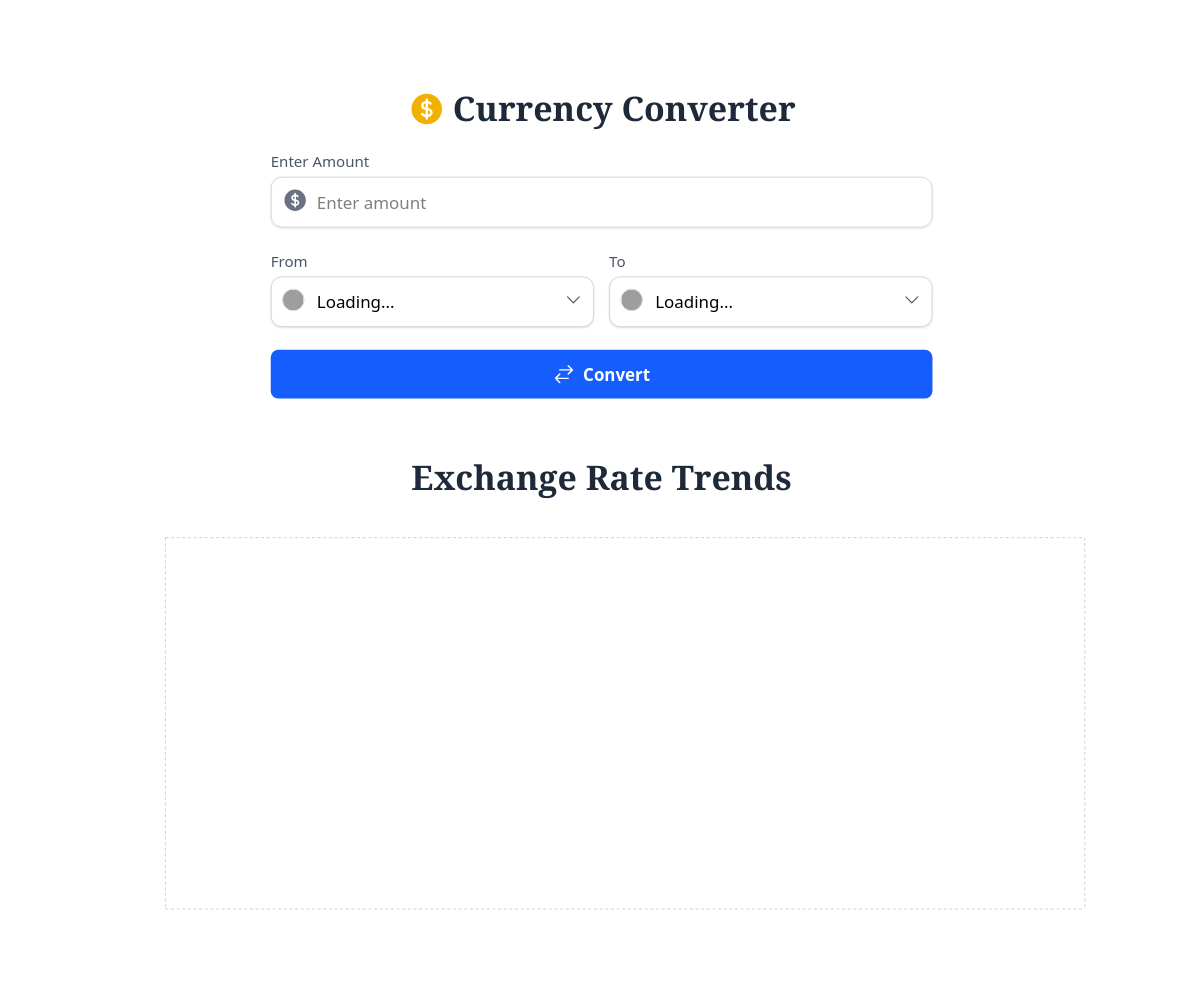
Repository: adrcstro/withcenter_developer_exam
Page: /
The author's editor kept a copy of each file at every save. The page is drawn from the files as they stood at one save, then again after the next save.
The browser window is 1280 px wide. The pictures show the whole page, at 94% of full size.
Pictures or frames that could not be fetched are drawn as grey boxes. The page's requests for data from a server got no answer. The project was rebuilt for these pictures with package versions that can differ from the ones it lists, and the page was loaded fresh each time. No one was signed in, and anything a server would have sent is missing. Also part of the build but not shown: vite.config.ts.

Above is the page before, as saved 2025-03-18 16:46:14.

### index.html
<!doctype html>
<html lang="en">
  <head>
    <meta charset="UTF-8" />
    <link rel="icon" type="image/svg+xml" href="/vite.svg" />
    <meta name="viewport" content="width=device-width, initial-scale=1.0" />
    <title>Vite + React + TS</title>
    <!-- public/index.html -->
  <link href="https://fonts.googleapis.com/css2?family=Montserrat:wght@300;400;500;700&display=swap" rel="stylesheet">


  </head>
  <body>
    <div id="root"></div>
    <script type="module" src="/src/main.tsx"></script>
  </body>
</html>

### src/main.tsx

import { createRoot } from 'react-dom/client'
import './index.css'
import App from './App.tsx'

createRoot(document.getElementById('root')!).render(

    <App />

)

### src/App.tsx
import { Provider } from "react-redux";
import { QueryClient, QueryClientProvider } from "@tanstack/react-query";
import { store } from "./Store/store";
import { useAppDispatch, useAppSelector } from "./Store/hooks";
import { setAmount, setFromCurrency, setToCurrency, setConvertedAmount } from "./Store/exchangeRateSlice";
import { useExchangeRates, useSupportedCurrencies } from "./Store/useExchangeRates";
import { ArrowsRightLeftIcon, CurrencyDollarIcon } from "@heroicons/react/24/solid";
import { AreaChart, Area, XAxis, YAxis, CartesianGrid, Tooltip, ResponsiveContainer } from "recharts";
import { ChevronDownIcon } from "@heroicons/react/24/solid"; // Import Heroicons
const queryClient = new QueryClient();


interface Currency {
  code: string;
  name: string;
}

const currencyToCountryCode: Record<string, string> = {
  USD: "us", EUR: "eu", GBP: "gb", JPY: "jp", AUD: "au", CAD: "ca", CHF: "ch", CNY: "cn",
  INR: "in", BRL: "br", ZAR: "za", MXN: "mx", AED: "ae", AFN: "af", ALL: "al", AMD: "am",
  ANG: "an", AOA: "ao", ARS: "ar", AWG: "aw", AZN: "az", BBD: "bb", BDT: "bd", BGN: "bg",
  BHD: "bh", BIF: "bi", BMD: "bm", BND: "bn", BOB: "bo", BSD: "bs", BTN: "bt", BWP: "bw",
  BYN: "by", BZD: "bz", CLP: "cl", COP: "co", CRC: "cr", CUP: "cu", CVE: "cv", CZK: "cz",
  DJF: "dj", DKK: "dk", DOP: "do", DZD: "dz", EGP: "eg", ERN: "er", ETB: "et", FJD: "fj",
  FKP: "fk", FOK: "fo", GEL: "ge", GGP: "gg", GHS: "gh", GIP: "gi", GMD: "gm", GNF: "gn",
  GTQ: "gt", GYD: "gy", HKD: "hk", HNL: "hn", HRK: "hr", HTG: "ht", HUF: "hu", IDR: "id",
  ILS: "il", ISK: "is", JMD: "jm", JOD: "jo", KES: "ke", KGS: "kg", KHR: "kh", KMF: "km",
  KRW: "kr", KWD: "kw", KYD: "ky", KZT: "kz", LAK: "la", LBP: "lb", LKR: "lk", LRD: "lr",
  LSL: "ls", LYD: "ly", MAD: "ma", MDL: "md", MGA: "mg", MKD: "mk", MMK: "mm", MNT: "mn",
  MOP: "mo", MRU: "mr", MUR: "mu", MVR: "mv", MWK: "mw", MYR: "my", MZN: "mz", NAD: "na",
  NGN: "ng", NIO: "ni", NOK: "no", NPR: "np", NZD: "nz", OMR: "om", PAB: "pa", PEN: "pe",
  PGK: "pg", PHP: "ph", PKR: "pk", PLN: "pl", PYG: "py", QAR: "qa", RON: "ro", RSD: "rs",
  RUB: "ru", RWF: "rw", SAR: "sa", SBD: "sb", SCR: "sc", SDG: "sd", SEK: "se", SGD: "sg",
  SHP: "sh", SLL: "sl", SOS: "so", SRD: "sr", SSP: "ss", STN: "st", SYP: "sy", SZL: "sz",
  THB: "th", TJS: "tj", TMT: "tm", TND: "tn", TOP: "to", TRY: "tr", TTD: "tt", TZS: "tz",
  UAH: "ua", UGX: "ug", UYU: "uy", UZS: "uz", VES: "ve", VND: "vn", VUV: "vu", WST: "ws",
  XAF: "cm", XCD: "ag", XOF: "bj", XPF: "pf", YER: "ye", ZMW: "zm", ZWL: "zw",
};


const getFlagUrl = (currencyCode: string) => {
  const countryCode = currencyToCountryCode[currencyCode] || currencyCode.toLowerCase();
  return `https://flagcdn.com/w40/${countryCode}.png`;
};

function CurrencyConverter() {
  const dispatch = useAppDispatch();
  const { fromCurrency, toCurrency, amount, convertedAmount } = useAppSelector((state) => state.exchangeRates);

  const { data: exchangeRates } = useExchangeRates(fromCurrency);
  const { data: currencies, isLoading } = useSupportedCurrencies();

  const handleConvert = () => {
    if (!exchangeRates) return;
    const rate = exchangeRates[toCurrency] || 1;
    dispatch(setConvertedAmount((parseFloat(amount) * rate).toFixed(2)));
  };

  const chartData = exchangeRates
    ? Object.entries(exchangeRates).map(([currency, rate]) => ({ currency, rate }))
    : [];

  return (
    <div className="flex flex-col items-center justify-center min-h-screen bg-white p-8 md:p-12 lg:p-16">
    <div className="flex flex-col items-center justify-center w-full max-w-[2000px] px-4 md:px-8">
      <div className="bg-white rounded-xl p-6 md:p-8 w-full max-w-3xl">
        <h2 className="text-3xl md:text-4xl font-serif font-semibold text-gray-800 text-center mb-4 md:mb-6 flex items-center justify-center gap-2">
          <CurrencyDollarIcon className="w-8 md:w-10 h-8 md:h-10 text-yellow-500" />
          Currency Converter
        </h2>

        <div className="mb-4 md:mb-6 w-full">
          <label className="block text-gray-600 text-base font-medium">Enter Amount</label>
          <div className="relative">
            <input
              type="number"
              value={amount}
              onChange={(e) => dispatch(setAmount(e.target.value))}
              className="w-full mt-1 pl-10 md:pl-12 pr-4 py-2 md:py-3 border border-gray-300 rounded-xl text-base md:text-lg shadow-sm focus:outline-none focus:ring-2 focus:ring-blue-500 transition-all duration-200"
              placeholder="Enter amount"
            />
            <CurrencyDollarIcon className="w-6 md:w-7 h-6 md:h-7 text-gray-500 absolute left-3 top-1/2 -translate-y-1/2" />
          </div>
        </div>

        <div className="flex flex-col md:flex-row gap-4 mb-4 md:mb-6">
          {/* From Currency */}
          <div className="w-full md:w-1/2">
            <label className="block text-gray-600 text-base font-medium">From</label>
            <div className="relative flex items-center">
              <img
                src={getFlagUrl(fromCurrency)}
                alt={fromCurrency}
                className="w-5 md:w-6 h-5 md:h-6 absolute left-3 rounded-full border border-gray-300"
              />
              <select
                value={fromCurrency}
                onChange={(e) => dispatch(setFromCurrency(e.target.value))}
                className="w-full mt-1 pl-10 md:pl-12 pr-8 md:pr-10 py-2 md:py-3 border border-gray-300 rounded-xl text-base md:text-lg shadow-sm focus:outline-none focus:ring-2 focus:ring-blue-500 appearance-none bg-white transition-all duration-200"
              >
                {isLoading ? (
                  <option>Loading...</option>
                ) : (
                  currencies?.map(({ code, name }: Currency) => (
                    <option key={code} value={code}>
                      {code} - {name}
                    </option>
                  ))
                )}
              </select>
              <ChevronDownIcon className="w-4 md:w-5 h-4 md:h-5 absolute right-3 text-gray-600 pointer-events-none" />
            </div>
          </div>

          {/* To Currency */}
          <div className="w-full md:w-1/2">
            <label className="block text-gray-600 text-base font-medium">To</label>
            <div className="relative flex items-center">
              <img
                src={getFlagUrl(toCurrency)}
                alt={toCurrency}
                className="w-5 md:w-6 h-5 md:h-6 absolute left-3 rounded-full border border-gray-300"
              />
              <select
                value={toCurrency}
                onChange={(e) => dispatch(setToCurrency(e.target.value))}
                className="w-full mt-1 pl-10 md:pl-12 pr-8 md:pr-10 py-2 md:py-3 border border-gray-300 rounded-xl text-base md:text-lg shadow-sm focus:outline-none focus:ring-2 focus:ring-blue-500 appearance-none bg-white transition-all duration-200"
              >
                {isLoading ? (
                  <option>Loading...</option>
                ) : (
                  currencies?.map(({ code, name }: Currency) => (
                    <option key={code} value={code}>
                      {code} - {name}
                    </option>
                  ))
                )}
              </select>
              <ChevronDownIcon className="w-4 md:w-5 h-4 md:h-5 absolute right-3 text-gray-600 pointer-events-none" />
            </div>
          </div>
        </div>

        <button
          onClick={handleConvert}
          className="w-full bg-blue-600 hover:bg-blue-700 text-white text-base md:text-lg font-semibold py-2 md:py-3 rounded-lg flex items-center justify-center gap-2 transition duration-300"
        >
          <ArrowsRightLeftIcon className="w-5 md:w-6 h-5 md:h-6" />
          Convert
        </button>

        {convertedAmount && (
          <div className="mt-4 md:mt-6 text-center">
            <p className="text-gray-800 text-lg md:text-xl">
              {amount} {fromCurrency} = <span className="font-bold text-green-600">{convertedAmount} {toCurrency}</span>
            </p>
          </div>
        )}
      </div>
    </div>

    {/* Chart Section */}
    <div className="w-full max-w-7xl mt-6 md:mt-8 px-4 md:px-8">
      <h2 className="text-3xl md:text-4xl font-serif font-semibold text-gray-800 text-center mb-4 md:mb-6 flex items-center justify-center gap-2">
        Exchange Rate Trends
      </h2>
      <ResponsiveContainer width="100%" height={450}>
        <AreaChart data={chartData} margin={{ top: 20, right: 30, left: 20, bottom: 5 }}>
          <CartesianGrid strokeDasharray="3 3" />
          <XAxis dataKey="currency" />
          <YAxis />
          <Tooltip />
          <Area type="monotone" dataKey="rate" stroke="#8884d8" fill="#8884d8" />
        </AreaChart>
      </ResponsiveContainer>
    </div>
  </div>




  );
}

export default function App() {
  return (
    <Provider store={store}>
      <QueryClientProvider client={queryClient}>
        <CurrencyConverter />
      </QueryClientProvider>
    </Provider>
  );
}

### src/Store/store.ts
// src/store/store.ts
import { configureStore } from "@reduxjs/toolkit";
import exchangeRateReducer from "./exchangeRateSlice";

export const store = configureStore({
  reducer: {
    exchangeRates: exchangeRateReducer,
  },
});

export type RootState = ReturnType<typeof store.getState>;
export type AppDispatch = typeof store.dispatch;

### src/Store/hooks.ts

import { TypedUseSelectorHook, useDispatch, useSelector } from "react-redux";
import type { RootState, AppDispatch } from "./store";

export const useAppDispatch: () => AppDispatch = useDispatch;
export const useAppSelector: TypedUseSelectorHook<RootState> = useSelector;

### src/Store/exchangeRateSlice.ts
// src/store/exchangeRateSlice.ts
import { createSlice, PayloadAction } from "@reduxjs/toolkit";

interface ExchangeRateState {
  fromCurrency: string;
  toCurrency: string;
  amount: string;
  convertedAmount: string;
}

const initialState: ExchangeRateState = {
  fromCurrency: "USD",
  toCurrency: "EUR",
  amount: "",
  convertedAmount: "",
};

const exchangeRateSlice = createSlice({
  name: "exchangeRate",
  initialState,
  reducers: {
    setFromCurrency: (state, action: PayloadAction<string>) => {
      state.fromCurrency = action.payload;
    },
    setToCurrency: (state, action: PayloadAction<string>) => {
      state.toCurrency = action.payload;
    },
    setAmount: (state, action: PayloadAction<string>) => {
      state.amount = action.payload;
    },
    setConvertedAmount: (state, action: PayloadAction<string>) => {
      state.convertedAmount = action.payload;
    },
  },
});

export const { setFromCurrency, setToCurrency, setAmount, setConvertedAmount } = exchangeRateSlice.actions;
export default exchangeRateSlice.reducer;

### src/Store/useExchangeRates.ts
import { useQuery } from "@tanstack/react-query";
import axios from "axios";

const API_KEY = import.meta.env.VITE_EXCHANGE_RATE_API_KEY;
const BASE_URL = "https://v6.exchangerate-api.com/v6";

const fetchCurrencies = async () => {
  const response = await axios.get(`${BASE_URL}/${API_KEY}/codes`);
  return response.data.supported_codes.map(([code, name]: [string, string]) => ({
    code,
    name,
  }));
};
const fetchExchangeRates = async (fromCurrency: string) => {
  const response = await axios.get(`${BASE_URL}/${API_KEY}/latest/${fromCurrency}`);
  return response.data.conversion_rates;
};
export const useExchangeRates = (fromCurrency: string) => {
  return useQuery({
    queryKey: ["exchangeRates", fromCurrency],
    queryFn: () => fetchExchangeRates(fromCurrency),
    staleTime: 1000 * 60 * 10, // 10 minutes cache
  });
};
export const useSupportedCurrencies = () => {
  return useQuery({
    queryKey: ["supportedCurrencies"],
    queryFn: fetchCurrencies,
    staleTime: Infinity,
  });
};

Loaded but not shown: src/index.css (common file)

After the next save:
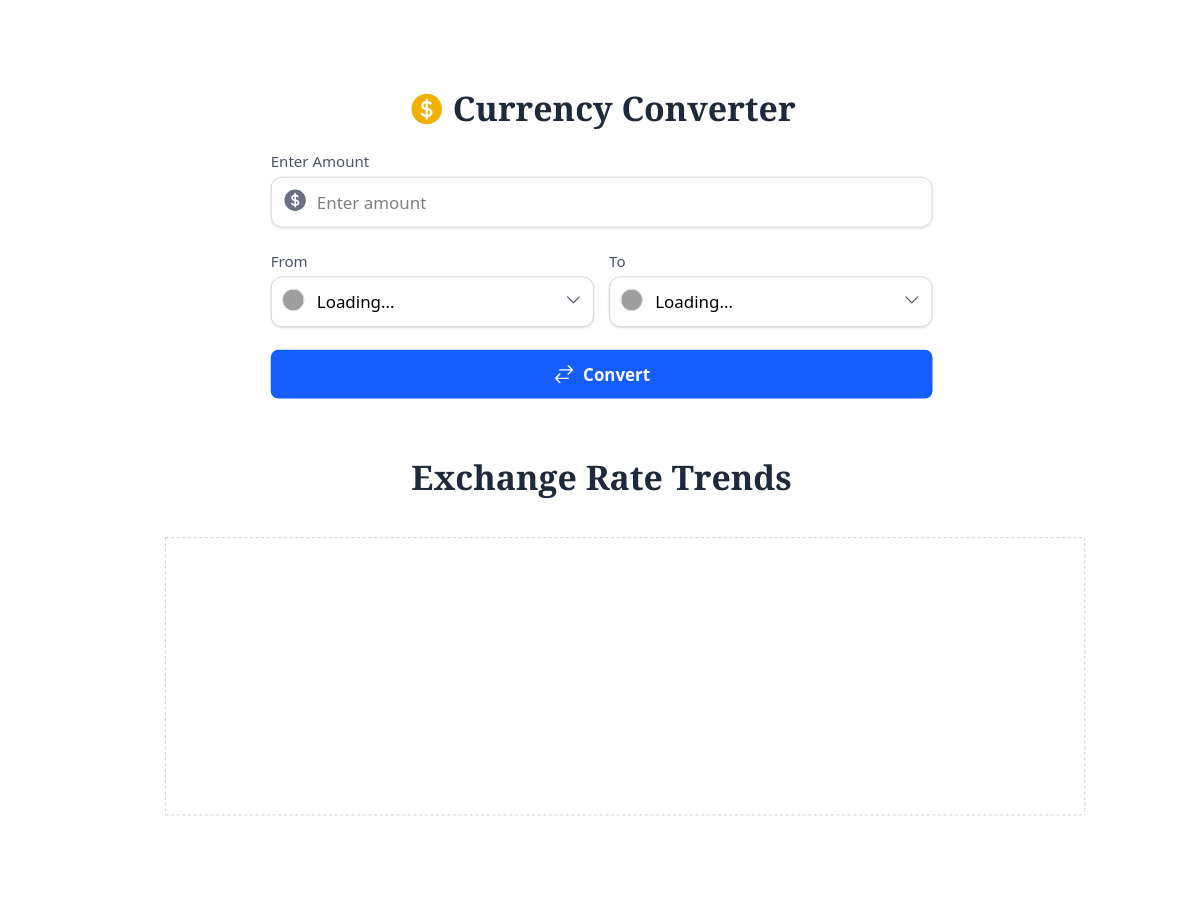
Saved 9 s later.
--- a/src/App.tsx
+++ b/src/App.tsx
@@ -164,7 +164,7 @@ function CurrencyConverter() {
       <h2 className="text-3xl md:text-4xl font-serif font-semibold text-gray-800 text-center mb-4 md:mb-6 flex items-center justify-center gap-2">
         Exchange Rate Trends
       </h2>
-      <ResponsiveContainer width="100%" height={450}>
+      <ResponsiveContainer width="100%" height={350}>
         <AreaChart data={chartData} margin={{ top: 20, right: 30, left: 20, bottom: 5 }}>
           <CartesianGrid strokeDasharray="3 3" />
           <XAxis dataKey="currency" />
